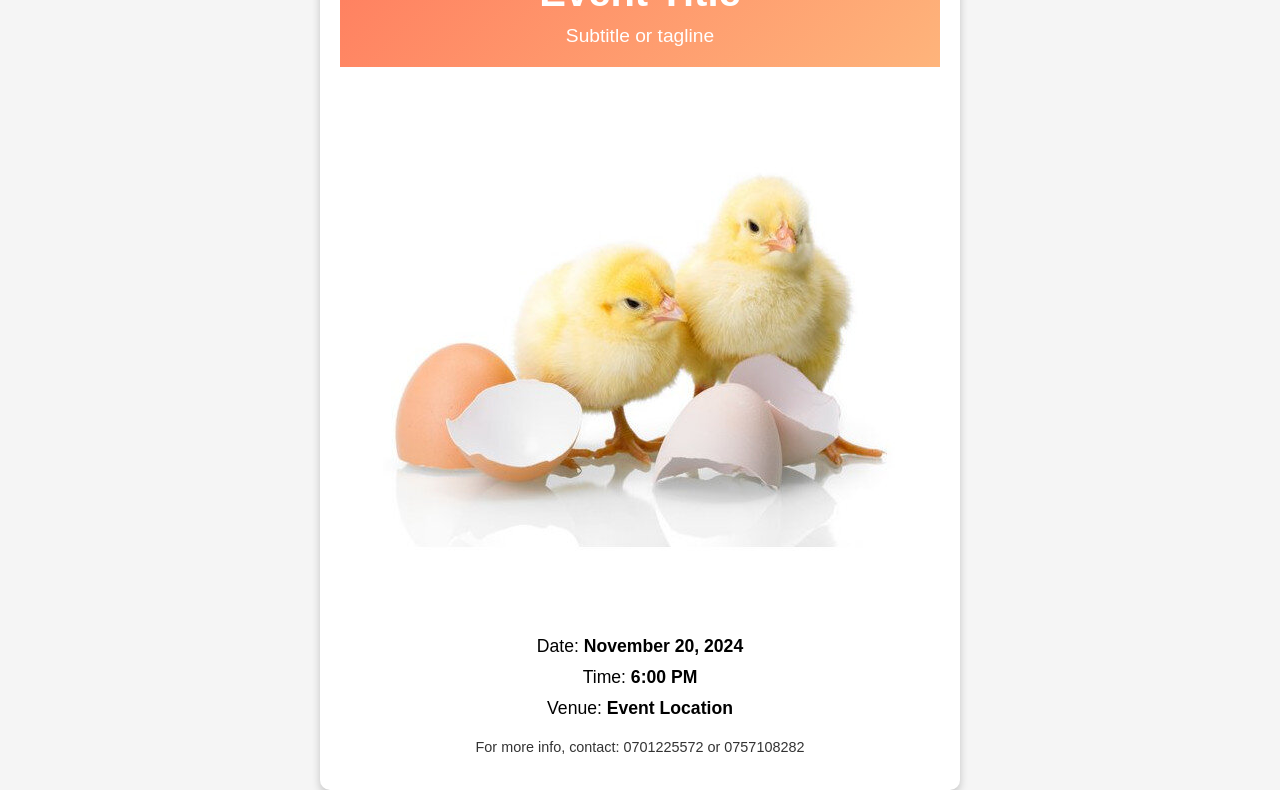
Repository: JOEL-GAYE/Animation-nav
Page: solution/poster/index.html
The author's editor kept a copy of each file at every save. The page is drawn from the files as they stood at one save, then again after the next save.
The browser window is 1280 px wide. The pictures show the whole page.

Above is the page before, as saved 2024-11-16 16:44:10.

After the next save:
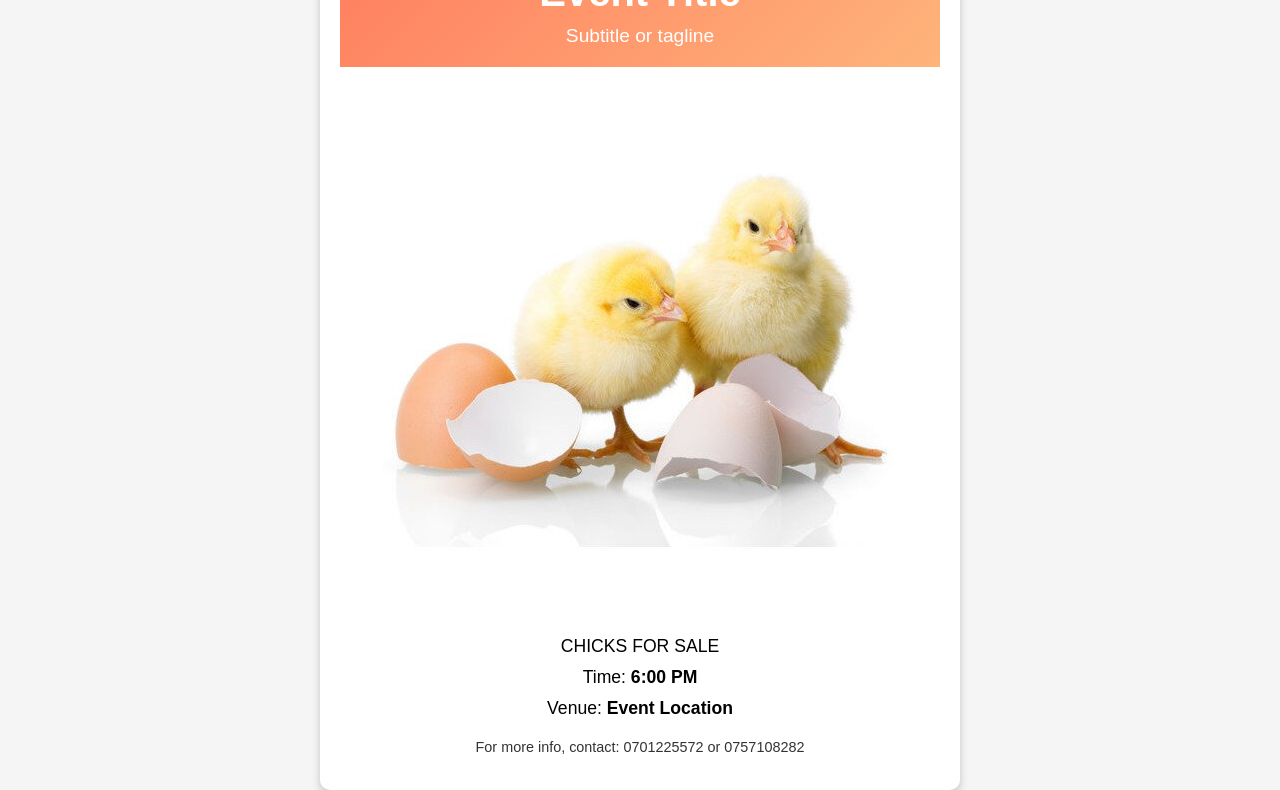
Saved 93 s later.
--- a/solution/poster/index.html
+++ b/solution/poster/index.html
@@ -14,7 +14,7 @@
     </header>
     <section class="main-content">
       <img src="./assests/ndogo.jpg" alt="Event Image">
-      <p>Date: <strong>November 20, 2024</strong></p>
+      <p>CHICKS FOR SALE</p>
       <p>Time: <strong>6:00 PM</strong></p>
       <p>Venue: <strong>Event Location</strong></p>
     </section>
